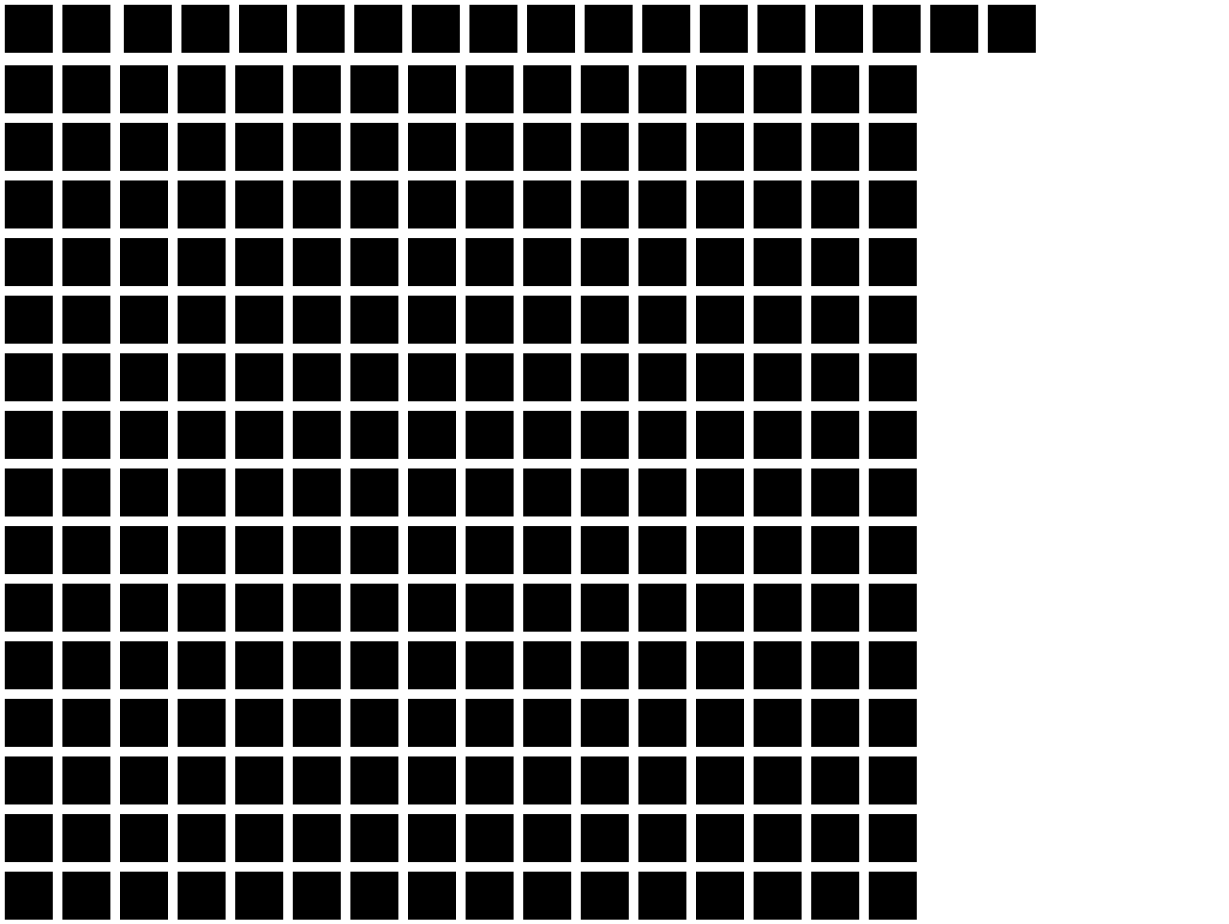
Repository: sokafootball/etch-a-sketc
Page: index.html
These files come from the project's save history. The page is drawn as it stood at one moment and after the next save; the edit follows.
The browser window is 1280 px wide. The pictures show the whole page, at 96% of full size.

Above is the page before, as saved 2020-04-16 19:29:36.

After the next save:
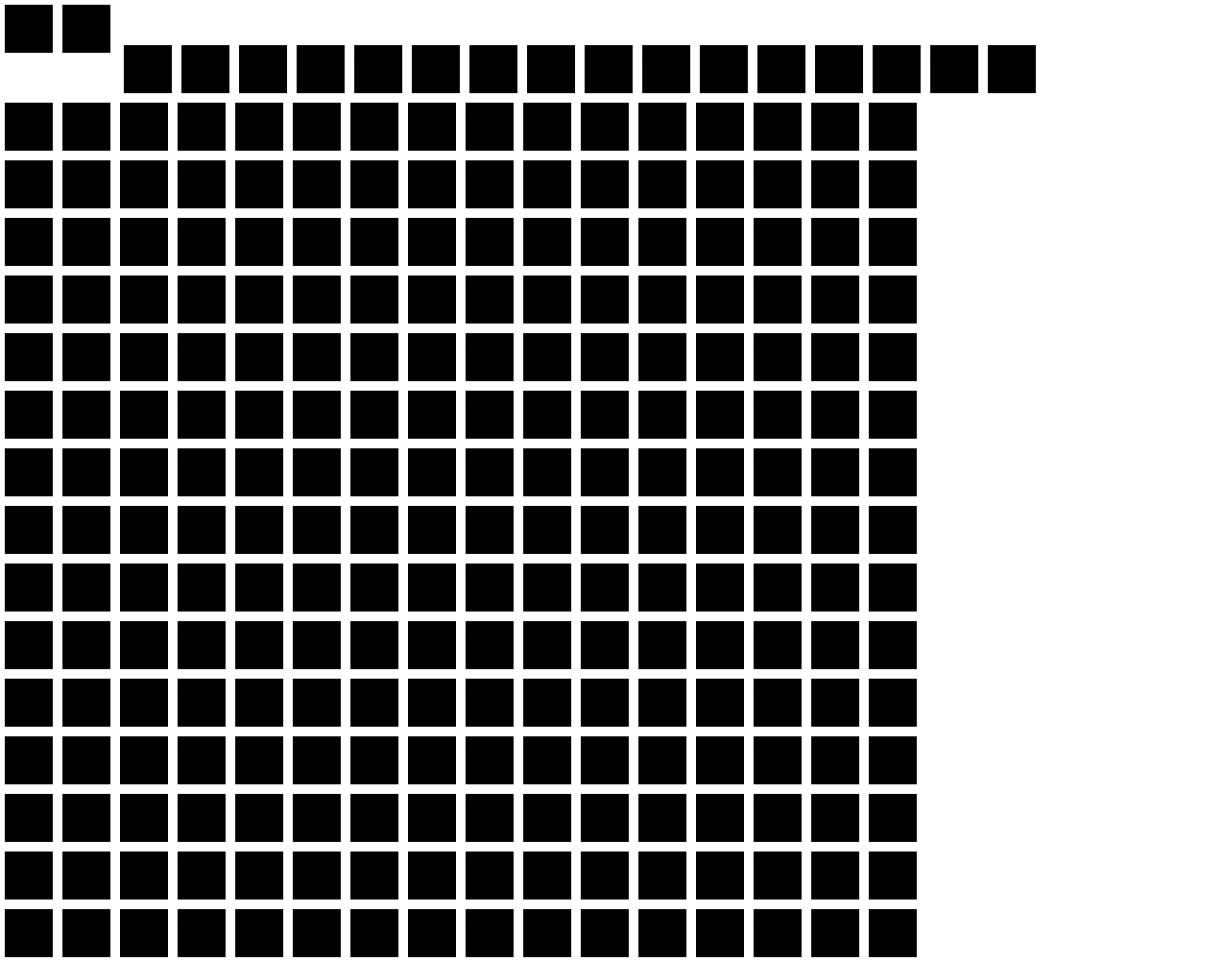
Saved 79 s later.
--- a/script.js
+++ b/script.js
@@ -3,6 +3,7 @@ for(let i = 1; i <= 16; i++){
   for(let j = 1; j <= 16; j++){
     const cell = document.createElement(`div`)
     cell.classList.add(`cell`)
+    cell.innerText = `x`
     grid.appendChild( cell)
   }
   const br = document.createElement(`br`)
